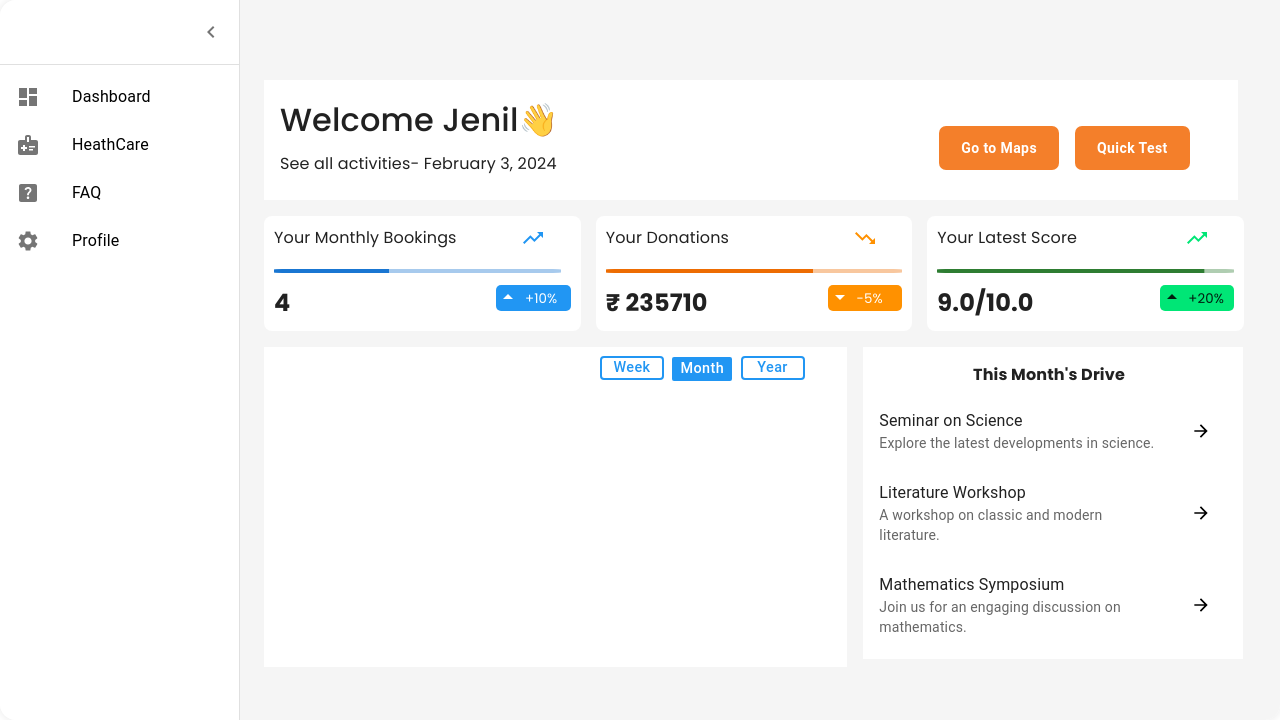
Repository: shubhampirate/Google_Solutions_Edural
Page: /dashboard
These files come from the project's save history. The page is drawn as it stood at one moment and after the next save; the edit follows.
The browser window is 1280 px wide. The pictures show the whole page.
The page's requests for data from a server got no answer. An inner scrolling area shows only its first screen. The project was rebuilt for these pictures with package versions that can differ from the ones it lists, and the page was loaded fresh each time. Some packages were replaced by stand-ins written for this rebuild. No one was signed in, and anything a server would have sent is missing. Also part of the build but not shown: src/Components/Navbar.jsx, src/Components/Footer.jsx, src/Components/CongratsCard.jsx, src/pages/Hero/Hero.jsx, src/pages/Sign_in.jsx.

Above is the page before, as saved 2024-02-03 18:12:15.

### src/index.js
import React from "react";
import ReactDOM from "react-dom/client";
import "./index.css";
import { GoogleOAuthProvider } from '@react-oauth/google';
import App from "./App";
import { BrowserRouter } from "react-router-dom";
const root = ReactDOM.createRoot(
    document.getElementById("root"));
root.render(
    <BrowserRouter>
<GoogleOAuthProvider clientId="730379698185-cv7a59sok9sod43v04ee6g6pt4gtaea2.apps.googleusercontent.com">
        {/* <React.StrictMode> */}
            <App />
        {/* </React.StrictMode> */}
    </GoogleOAuthProvider>
    </BrowserRouter>

);

### src/App.jsx
import Hero from "./pages/Hero/Hero";
import Dashboard from "./pages/Dashboard/Dashboard";
import SignIn from "./pages/Sign_in";
import {useState} from "react";
import { Route, Routes } from "react-router-dom";
function App() {
  return (
    <>
      {/* <Hero />   */}
      {/* <SignIn /> */}
      <Routes>
        <Route path="/signin" element={<><SignIn /></>} />
        <Route path="/dashboard" element={<><Dashboard /></>} />
        {/* <Route path="/education" element={<><Education /></>} /> */}
        {/* <Route path="/health" element={<><Health /></>} /> */}
        {/* <Route path="/profile" element={<><Profile /></>} /> */}
        {/* <Route path="/finance" element={<><Finance /></>} /> */}
        {/* <Route path="/questions" element={<><Questions /></>} /> */}
        {/* <Route path="/retireaibot" element={<><Bot /></>} /> */}
        <Route path="/" element={<><Hero /></>} />
      </Routes>
         </>
  );
}

export default App;

### src/pages/Dashboard/Dashboard.jsx
    import * as React from 'react';
    import { styled, createTheme, ThemeProvider } from '@mui/material/styles';
    import CssBaseline from '@mui/material/CssBaseline';
    import MuiDrawer from '@mui/material/Drawer';
    import Box from '@mui/material/Box';
    import MuiAppBar from '@mui/material/AppBar';
    import Toolbar from '@mui/material/Toolbar';
    import {
    LinearProgress, ListItem, CircularProgress, Checkbox, ListItemText, Dialog, DialogActions, DialogContent,
    DialogContentText, DialogTitle, ListItemIcon, ListItemButton
    } from '@mui/material';
    import TrendingUpIcon from '@mui/icons-material/TrendingUp';
    // import { PieChart } from '@mui/x-charts/PieChart';
    // import { useDrawingArea } from '@mui/x-charts/hooks';
    import TrendingDownIcon from '@mui/icons-material/TrendingDown';
    import List from '@mui/material/List';
    import Divider from '@mui/material/Divider';
    import IconButton from '@mui/material/IconButton';
    import ArrowDropUpIcon from '@mui/icons-material/ArrowDropUp';
    import ArrowDropDownIcon from '@mui/icons-material/ArrowDropDown';
    import Grid from '@mui/material/Grid';
    import MenuIcon from '@mui/icons-material/Menu';
    import ChevronLeftIcon from '@mui/icons-material/ChevronLeft';
    import { mainListItems } from '../../Components/listItems';
    import axios from 'axios';
    import Button from '@mui/material/Button';
    import CommentIcon from '@mui/icons-material/Comment';
    import Swal from 'sweetalert2';
    import { useState } from 'react';
    import { useEffect } from 'react';
    import CustomButton from "../../Components/CustomButton";
    import ArrowForwardIcon from '@mui/icons-material/ArrowForward';
    // import { Bar } from "react-chartjs-2";
    // import { BarElement, CategoryScale, Chart as ChartJS, Legend, LinearScale, Title, Tooltip } from "chart.js";
    // import GoogleTranslateComponent from '../../Components/GoogleTranslateComponent';
    // import csacc from "../../media/csacc.png"
    // import creditscoremodel from "../../media/creditscoremodel.png"
    // import creditflow from "../../media/creditflowchart.png"
    // ChartJS.register(CategoryScale, LinearScale, BarElement, Title, Tooltip, Legend);

    const drawerWidth = 240;

    const AppBar = styled(MuiAppBar, {
    shouldForwardProp: (prop) => prop !== 'open',
    })(({ theme, open }) => ({
    zIndex: theme.zIndex.drawer + 1,
    transition: theme.transitions.create(['width', 'margin'], {
        easing: theme.transitions.easing.sharp,
        duration: theme.transitions.duration.leavingScreen,
    }),
    ...(open && {
        marginLeft: drawerWidth,
        width: `calc(100% - ${drawerWidth}px)`,
        transition: theme.transitions.create(['width', 'margin'], {
        easing: theme.transitions.easing.sharp,
        duration: theme.transitions.duration.enteringScreen,
        }),
    }),
    }));

    const Drawer = styled(MuiDrawer, { shouldForwardProp: (prop) => prop !== 'open' })(
    ({ theme, open }) => ({
        '& .MuiDrawer-paper': {
        position: 'relative',
        whiteSpace: 'nowrap',
        width: drawerWidth,
        transition: theme.transitions.create('width', {
            easing: theme.transitions.easing.sharp,
            duration: theme.transitions.duration.enteringScreen,
        }),
        boxSizing: 'border-box',
        ...(!open && {
            overflowX: 'hidden',
            transition: theme.transitions.create('width', {
            easing: theme.transitions.easing.sharp,
            duration: theme.transitions.duration.leavingScreen,
            }),
            width: theme.spacing(7),
            [theme.breakpoints.up('sm')]: {
            width: theme.spacing(9),
            },
        }),
        },
    }),
    );
    const educationEvents = [
        { id: 1, name: 'Seminar on Science', description: 'Explore the latest developments in science.' },
        { id: 2, name: 'Literature Workshop', description: 'A workshop on classic and modern literature.' },
        { id: 3, name: 'Mathematics Symposium', description: 'Join us for an engaging discussion on mathematics.' },
      ];
    var currentDate = new Date();

    var months = [
    "January", "February", "March", "April", "May", "June",
    "July", "August", "September", "October", "November", "December"
    ];

    var formattedDate = months[currentDate.getMonth()] + " " + currentDate.getDate() + ", " + currentDate.getFullYear();

    const defaultTheme = createTheme();

    export default function Dashboard() {
    const [open, setOpen] = React.useState(true);
    const toggleDrawer = () => {
        setOpen(!open);
    };

    const [expensedata, setExpensedata] = useState([])

    useEffect(() => {
        loadList();
    }, []);


    const loadList = async () => {
        const result = await axios.get(`https://wixstocle.pythonanywhere.com/api/expense/`, {
        headers: { "Authorization": `Token 11c868750d92deda81638c5a9a59177bdc7ae41a` },
        });
        console.log(result.data.data);
        setExpensedata(result.data.data);
    }

    const getLabels = () => expensedata.slice(-5).map(data => data.date);

    const getData = (key) => expensedata.slice(-5).map(data => data[key]);

    const optionsexpense = {
        indexAxis: 'x',
        elements: {
        bar: {
            borderWidth: 0,
        },
        },
        responsive: true,
        interaction: {
        mode: 'index',
        intersect: false,
        },
        scales: {
        x: {
            stacked: false,
        },
        y: {
            stacked: false,
        },
        },
        plugins: {
        legend: {
            position: 'top',
        }
        },
    };

    const dataexpense = {
        labels: getLabels(),
        datasets: [
        {
            label: 'Revenue',
            data: getData('income'),
            backgroundColor: '#2196f3',
        },
        {
            label: 'Spendings',
            data: getData('expense'),
            backgroundColor: '#ff9100',
        },
        {
            label: 'Savings',
            data: getData('savings'),
            backgroundColor: '#00e676',
        },
        ],
    };

    const today = new Date();
    const year = today.getFullYear();
    const month = String(today.getMonth() + 1).padStart(2, '0'); // Months are zero-based
    const day = String(today.getDate()).padStart(2, '0');

    const todayDate = `${year}-${month}-${day}`;

    const [userData, setUserData] = React.useState({
        income: '',
        savings: '',
        expense: '',
        date: todayDate,
        user: "tony@gmail.com"
    });

    const handleChangePlan = (field, value) => {
        setUserData((prevData) => ({ ...prevData, [field]: value }));
    };
    const creditscore = 87.4;

    const handlePostData = () => {
        console.log(userData);
        fetch(`https://wixstocle.pythonanywhere.com/api/expense/`, {
        method: 'POST',
        headers: {
            "Authorization": `Token 11c868750d92deda81638c5a9a59177bdc7ae41a`,
            'Content-Type': 'application/json',
        },
        body: JSON.stringify(userData),
        })
        .then((response) => response.json())
        .then((data) => {
            // console.log(data);
            if (data.status == true) {
            Swal.fire({
                icon: 'success',
                title: 'Successfully Saved the details',
                showConfirmButton: false,
                timer: 3000
            })
            setExpensedata([...expensedata, userData]);
            }
            else {
            Swal.fire({
                icon: 'error',
                title: data.message,
                showConfirmButton: false,
                timer: 3000
            })
            }
        });
    };

    const [checked, setChecked] = React.useState([1]);

    const handleToggle = (value) => () => {
        const currentIndex = checked.indexOf(value);
        const newChecked = [...checked];

        if (currentIndex === -1) {
        newChecked.push(value);
        } else {
        newChecked.splice(currentIndex, 1);
        }

        setChecked(newChecked);
    };
    return (
        <ThemeProvider theme={defaultTheme}>
        <Box sx={{ display: 'flex', borderRadius: '16px', overflow: 'hidden', boxShadow: '0px 0px 10px rgba(0, 0, 0, 0.1)' }} >
            <CssBaseline />
            <AppBar position="absolute" open={open} sx={{ backgroundColor: "whitesmoke", boxShadow: 'none' }}>
            <Toolbar
                sx={{
                pr: '24px', // keep right padding when drawer closed
                display: 'flex',
                alignItems: 'center',
                justifyContent: 'space-between',
                }}>
                <Box sx={{ display: 'flex', alignItems: 'center' }}>
                <IconButton
                    edge="start"
                    aria-label="open drawer"
                    onClick={toggleDrawer}
                    sx={{
                    marginRight: '36px',
                    ...(open && { display: 'none' }),
                    backgroundColor: "#fff"
                    }}>
                    <MenuIcon />
                </IconButton>
                </Box>
            </Toolbar>
            </AppBar>
            <Drawer variant="permanent" open={open}>
            <Toolbar
                sx={{
                display: 'flex',
                alignItems: 'center',
                justifyContent: 'flex-end',
                px: [1],
                }}
            >
                {/* <GoogleTranslateComponent /> */}
                <IconButton onClick={toggleDrawer}>
                <ChevronLeftIcon />
                </IconButton>
            </Toolbar>
            <Divider />
            <List component="nav">
                {mainListItems}
            </List>
            </Drawer>
            <Box
            component="main"
            sx={{
                backgroundColor: (theme) =>
                theme.palette.mode === 'light'
                    ? theme.palette.grey[100]
                    : theme.palette.grey[900],
                flexGrow: 1,
                height: '100vh',
                overflow: 'auto',
            }}>
            <Toolbar />
            <div>
        <Grid container spacing={2} marginTop="1rem" paddingLeft={5}>
            <Grid item xs={6} style={{ backgroundColor: "white",paddingBottom: "1.5rem" }} >
            <div style={{ fontSize: '2rem', fontWeight: '500', paddingBottom: "0.5rem" }}>Welcome Jenil👋</div>
            <div>See all activities- {formattedDate}</div>
            </Grid>
            <Grid item xs={5.5} display="flex" justifyContent="flex-end" alignItems="center" style={{ backgroundColor: "white",paddingRight: "3rem"}}>
            <Box
        sx={{
          display: "flex",
          alignItems: "center",
          justifyContent: "center",
          gap: "1rem",
        }}
      >
        <CustomButton
          backgroundColor="#F47F2A"
          color="#fff"
          buttonText="Go to Maps"

        />
        <CustomButton
          backgroundColor="#F47F2A"
          color="#fff"
          buttonText="Quick Test"

        />
      </Box>
            </Grid>
        </Grid>
        </div>

            <Grid container spacing={2} marginTop="1rem" paddingLeft={5} paddingRight={2}>
                <Grid item xs={12} md={3.8} style={{ backgroundColor: "white", padding: "10px", marginRight: "15px", borderRadius: "0.5rem" }}>
                <Grid item xs={12}>
                    <Grid container>
                    <Grid item xs={10}><div>Your Monthly Bookings</div></Grid>
                    <Grid item xs={2}><TrendingUpIcon sx={{ color: "#2196f3" }} /></Grid>
                    </Grid>
                    <Grid item xs={12}>
                    <LinearProgress variant="determinate" value={40} sx={{ color: "#2196f3", borderRadius: "10%", margin: "12px 10px 12px 0px" }} />
                    </Grid>
                    <Grid item xs={12}>
                    <Grid container>
                        <Grid item xs={9}>
                        <div style={{ fontSize: "1.5rem", fontWeight: "550" }}> 4</div>
                        </Grid>
                        <Grid item xs={3} style={{ backgroundColor: "#2196f3", color: "white", borderRadius: "5px", height: "1.65rem" }}>
                        <ArrowDropUpIcon /> <sup>+10%</sup>
                        </Grid>
                    </Grid>
                    </Grid>
                </Grid>
                </Grid>
                <Grid item xs={12} md={3.8} style={{ backgroundColor: "white", padding: "10px", marginRight: "15px", borderRadius: "0.5rem" }}>
                <Grid item xs={12}>
                    <Grid container>
                    <Grid item xs={10}><div>Your Donations</div></Grid>
                    <Grid item xs={2}><TrendingDownIcon sx={{ color: "#ff9100" }} /></Grid>
                    </Grid>
                    <Grid item xs={12}>
                    <LinearProgress variant="determinate" value={70} color='warning' sx={{ borderRadius: "10%", margin: "12px 0px" }} />
                    </Grid>
                    <Grid item xs={12}>
                    <Grid container>
                        <Grid item xs={9}>
                    <div style={{ fontSize: "1.5rem", fontWeight: "550" }}>₹ 235710</div>
                        </Grid>
                        <Grid item xs={3} style={{ backgroundColor: "#ff9100", color: "white", borderRadius: "5px", height: "1.65rem" }}>
                        <ArrowDropDownIcon /> <sup>-5%</sup>
                        </Grid>
                    </Grid>
                    </Grid>
                </Grid>
                </Grid>
                <Grid item xs={12} md={3.8} style={{ backgroundColor: "white", padding: "10px", marginRight: "15px", borderRadius: "0.5rem" }}>
                <Grid item xs={12}>
                    <Grid container>
                    <Grid item xs={10}><div>Your Latest Score</div></Grid>
                    <Grid item xs={2}><TrendingUpIcon sx={{ color: "#00e676" }} /></Grid>
                    </Grid>
                    <Grid item xs={12}>
                    <LinearProgress variant="determinate" value={90} color="success" style={{ borderRadius: "10%", margin: "12px 0px" }} />
                    </Grid>
                    <Grid item xs={12}>
                    <Grid container>
                        <Grid item xs={9}>
    <div style={{ fontSize: "1.5rem", fontWeight: "550" }}> 9.0/10.0</div>
                        </Grid>
                        <Grid item xs={3} style={{ backgroundColor: "#00e676", borderRadius: "5px", height: "1.65rem" }}>
                        <ArrowDropUpIcon /> <sup>+20%</sup>
                        </Grid>
                    </Grid>
                    </Grid>
                </Grid>
                </Grid>

            </Grid>
            <Grid container spacing={2} marginTop="1rem" paddingLeft={5} paddingRight={2} marginBottom={2}>
                <Grid item xs={7} sx={{ backgroundColor: "white", padding: "5px", marginRight: "1rem" }}>
                <Grid container spacing={2} padding={1}>
                    <Grid xs={7}></Grid>
                    <Grid xs={1.5}><Button style={{
                    borderColor: "#2196f3", color: "#2196f3", height: "1.5rem", textTransform: "capitalize",
                    fontSize: "0.9rem", border: "2px solid", textAlign: "left"
                    }}>Week</Button></Grid>
                    <Grid xs={1.5}><Button style={{
                    backgroundColor: "#2196f3", color: "white", height: "1.75rem", textTransform: "capitalize",
                    fontSize: "0.9rem", border: "2px solid", textAlign: "left"
                    }}>Month</Button></Grid>
                    <Grid xs={1}><Button style={{
                    borderColor: "#2196f3", color: "#2196f3", height: "1.5rem", textTransform: "capitalize",
                    fontSize: "0.9rem", border: "2px solid", textAlign: "left"
                    }}>Year</Button></Grid>
                    <Grid xs={12} marginTop={2}>
                    {/* <Bar options={optionsexpense} data={dataexpense} /> */}
                    </Grid>
                </Grid>
                </Grid>
                <Grid item xs={4.75} >
                <Grid container spacing={2} >

                    <Grid item xs={11.5}>
                    <Grid container spacing={2} sx={{ backgroundColor: "white", marginBottom: "0.5rem" }}>
                        <Grid item xs={12} style={{ textAlign: "center", marginLeft: "-0.75rem", fontWeight: "600" }}>This Month's Drive</Grid>
                        <List sx={{ width: '100%', bgcolor: 'background.paper' }}>
      {educationEvents.map((event) => (
        <ListItem key={event.id} disablePadding>
          <ListItemButton role={undefined}>
            <ListItemText primary={event.name} secondary={event.description} />
            <Button endIcon={<ArrowForwardIcon sx={{ color: 'black' }}/>} color="primary">
              {/* View More */}
            </Button>
          </ListItemButton>
        </ListItem>
      ))}
    </List>
                    </Grid>
                    </Grid>
                </Grid>
                </Grid>
            </Grid>

            </Box>
        </Box >
        </ThemeProvider >
    );
    }

### src/Components/CustomButton.jsx
import { Button, styled } from "@mui/material";
import React from "react";

const CustomButton = ({
  backgroundColor,
  color,
  buttonText,
  heroBtn,
  guideBtn,
  getStartedBtn,
}) => {
  const CustomButton = styled(Button)(({ theme }) => ({
    backgroundColor: backgroundColor,
    color: color,
    fontWeight: "700",
    fontSize: "14px",
    cursor: "pointer",
    padding: "0.5rem 1.25rem",
    borderRadius: "7px",
    textTransform: "none",
    display: "block",
    border: "2px solid transparent",
    "&:hover": {
      backgroundColor: color,
      color: backgroundColor,
      borderColor: backgroundColor,
    },
    [theme.breakpoints.down("md")]: {
      margin: (heroBtn || getStartedBtn) && theme.spacing(0, "auto", 3, "auto"),
      width: (heroBtn || getStartedBtn) && "90%",
    },
    [theme.breakpoints.down("sm")]: {
      marginTop: guideBtn && theme.spacing(3),
      width: guideBtn && "90%",
    },
  }));

  return <CustomButton>{buttonText}</CustomButton>;
};

export default CustomButton;

### src/Components/listItems.jsx
import * as React from 'react';
import ListItemButton from '@mui/material/ListItemButton';
import ListItemIcon from '@mui/material/ListItemIcon';
import ListItemText from '@mui/material/ListItemText';
import DashboardIcon from '@mui/icons-material/Dashboard';
import MedicalInformationIcon from '@mui/icons-material/MedicalInformation';
import SavingsIcon from '@mui/icons-material/Savings';
import SchoolIcon from '@mui/icons-material/School';
import HelpCenterIcon from '@mui/icons-material/HelpCenter';
import SettingsIcon from '@mui/icons-material/Settings';
import SmartToyIcon from '@mui/icons-material/SmartToy';
import { Link } from 'react-router-dom';
// import GoogleTranslateComponent from './GoogleTranslateComponent';


export const mainListItems = (
  <>
    <React.Fragment>
      <Link to="/dashboard" style={{ textDecoration: "none", color: "black" }}>
        <ListItemButton>
          <ListItemIcon>
            <DashboardIcon />
          </ListItemIcon>
          <ListItemText primary="Dashboard" />
        </ListItemButton>
      </Link>
      <Link to="/health" style={{ textDecoration: "none", color: "black" }}>
        <ListItemButton>
          <ListItemIcon>
            <MedicalInformationIcon />
          </ListItemIcon>
          <ListItemText primary="HeathCare" />
        </ListItemButton>
      </Link>
      {/* <Link to="/finance" style={{ textDecoration: "none", color: "black" }}>
        <ListItemButton>
          <ListItemIcon>
            <SavingsIcon />
          </ListItemIcon>
          <ListItemText primary="Finance Planning" />
        </ListItemButton>
      </Link> */}
      {/* <Link to="/education" style={{ textDecoration: "none", color: "black" }}>
        <ListItemButton>
          <ListItemIcon>
            <SchoolIcon />
          </ListItemIcon>
          <ListItemText primary="Educational Service" />
        </ListItemButton>
      </Link> */}
      <Link to="/questions" style={{ textDecoration: "none", color: "black" }}>
        <ListItemButton>
          <ListItemIcon>
            <HelpCenterIcon />
          </ListItemIcon>
          <ListItemText primary="FAQ" />
        </ListItemButton>
      </Link>
      <Link to="/profile" style={{ textDecoration: "none", color: "black" }}>
        <ListItemButton>
          <ListItemIcon>
            <SettingsIcon />
          </ListItemIcon>
          <ListItemText primary="Profile" />
        </ListItemButton>
      </Link>
      {/* <Link to="/retireaibot" style={{ textDecoration: "none", color: "black" }}>
        <ListItemButton>
          <ListItemIcon>
            <SmartToyIcon />
          </ListItemIcon>
          <ListItemText primary="Retire AI Bot" />
        </ListItemButton>
      </Link> */}
    </React.Fragment >
  </>
);

// export const secondaryListItems = (
//   <React.Fragment>
//     <ListSubheader component="div" inset>
//       Saved reports
//     </ListSubheader>
//     <ListItemButton>
//       <ListItemIcon>
//         <AssignmentIcon />
//       </ListItemIcon>
//       <ListItemText primary="Current month" />
//     </ListItemButton>
//     <ListItemButton>
//       <ListItemIcon>
//         <AssignmentIcon />
//       </ListItemIcon>
//       <ListItemText primary="Last quarter" />
//     </ListItemButton>
//     <ListItemButton>
//       <ListItemIcon>
//         <AssignmentIcon />
//       </ListItemIcon>
//       <ListItemText primary="Year-end sale" />
//     </ListItemButton>
//   </React.Fragment>
// );

Loaded but not shown: public/index.html (common file); src/index.css (common file)

After the next save:
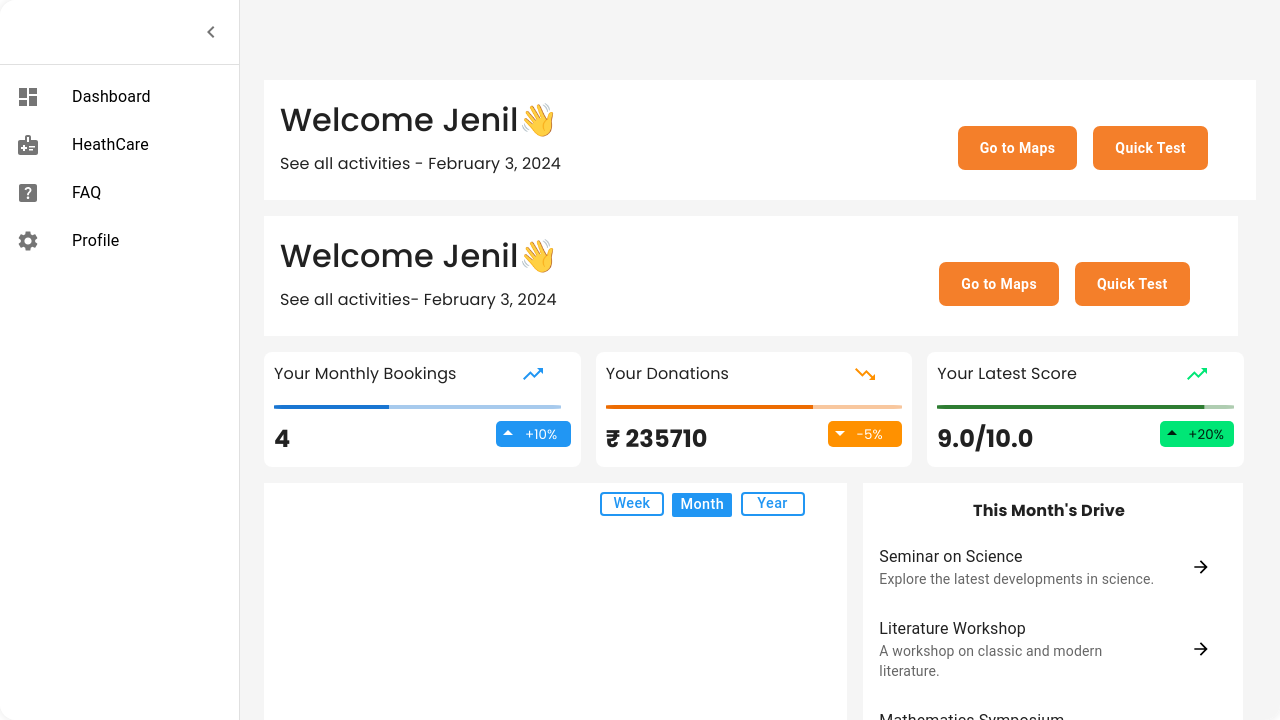
Saved 2 min 19 s later.
--- a/src/pages/Dashboard/Dashboard.jsx
+++ b/src/pages/Dashboard/Dashboard.jsx
@@ -298,6 +298,27 @@
             }}>
             <Toolbar />
             <div>
+      <Grid container spacing={2} marginTop="1rem" paddingLeft={5} paddingRight={3}>
+        <Grid item xs={12} sm={6} style={{ backgroundColor: 'white', paddingBottom: '1.5rem' }}>
+          <div style={{ fontSize: '2rem', fontWeight: '500', paddingBottom: '0.5rem' }}>Welcome Jenil👋</div>
+          <div>See all activities - {formattedDate}</div>
+        </Grid>
+        <Grid item xs={12} sm={6} display="flex" justifyContent="flex-end" alignItems="center" style={{ backgroundColor: 'white', paddingRight: '3rem' }}>
+          <Box
+            sx={{
+              display: 'flex',
+              alignItems: 'center',
+              justifyContent: 'center',
+              gap: '1rem',
+            }}
+          >
+            <CustomButton backgroundColor="#F47F2A" color="#fff" buttonText="Go to Maps" />
+            <CustomButton backgroundColor="#F47F2A" color="#fff" buttonText="Quick Test" />
+          </Box>
+        </Grid>
+      </Grid>
+    </div>
+            <div>
         <Grid container spacing={2} marginTop="1rem" paddingLeft={5}>
             <Grid item xs={6} style={{ backgroundColor: "white",paddingBottom: "1.5rem" }} >
             <div style={{ fontSize: '2rem', fontWeight: '500', paddingBottom: "0.5rem" }}>Welcome Jenil👋</div>
